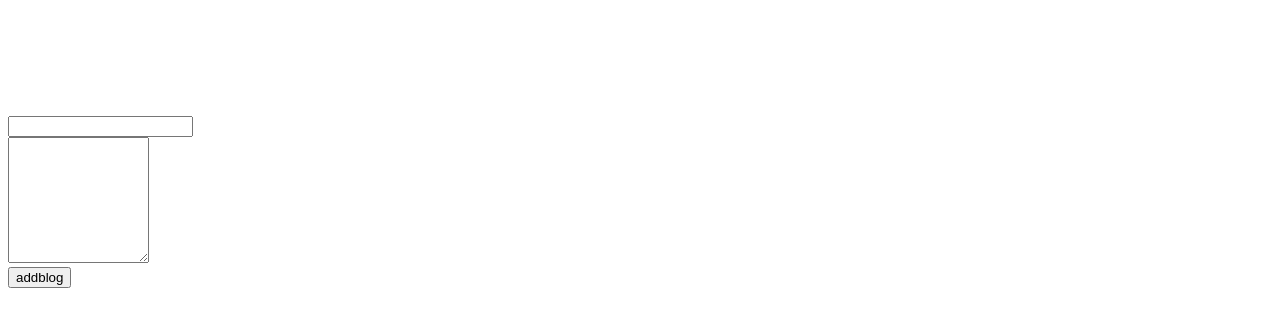
Repository: Ravi9696/project2
Page: project/WebContent/views/blogpostform.html
The author's editor kept a copy of each file at every save. The page is drawn from the files as they stood at one save, then again after the next save.
The browser window is 1280 px wide. The pictures show the whole page.

Above is the page before, as saved 2017-09-26 09:03:30.

After the next save:
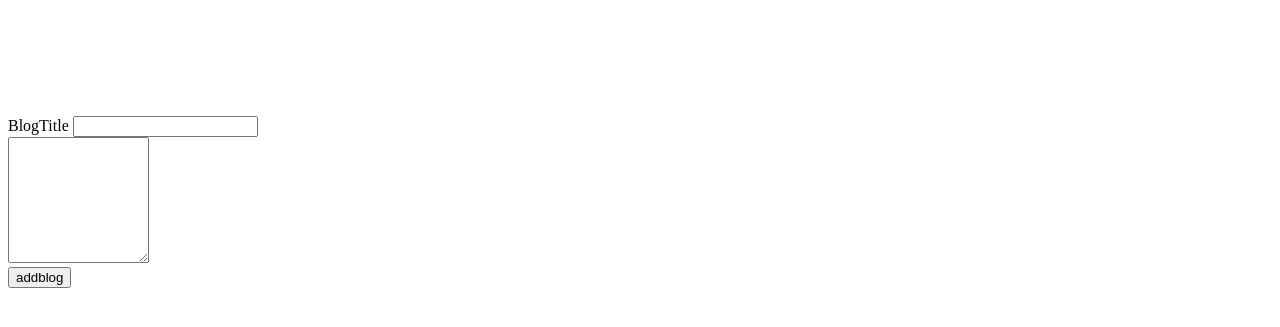
Saved 51 s later.
--- a/project/WebContent/views/blogpostform.html
+++ b/project/WebContent/views/blogpostform.html
@@ -8,6 +8,7 @@
 <br><br><br><br><br><br>
 <form>
 <div class="form-group">
+<lable>BlogTitle</lable>
 <input type="text" ng-model="blogPost.blogTitle" class="form-control"></div>
 <div class="form-group">
     <textarea rows="8" cols="15" ng-model="blogPost.description" class="form-control"></textarea></div>
